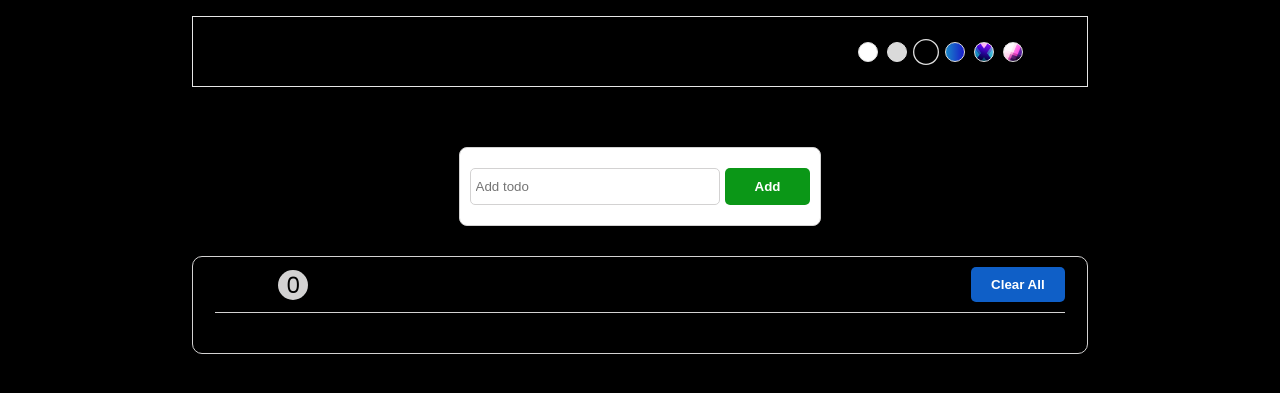
Repository: michalmilek/TodoApp
Page: /
An editor plug-in stored every save of this project. The page is shown before and after the next save, followed by the edit.
The browser window is 1280 px wide. The pictures show the whole page.
Some web fonts or font styles are not loaded; a fallback is used. The project was rebuilt for these pictures with package versions that can differ from the ones it lists, and the page was loaded fresh each time. Also part of the build but not shown: vite.config.js.

Above is the page before, as saved 2023-02-01 15:52:25.

### src/App.jsx
import { useEffect, useState } from "react";
import "./App.css";
import AddTodo from "./components/AddTodo";
import Header from "./components/Header";
import ShowTodo from "./components/ShowTodo";

function App() {
  const [todolist, setTodolist] = useState(
    JSON.parse(localStorage.getItem("todolist")) || []
  );
  const [todo, setTodo] = useState({});

  useEffect(() => {
    localStorage.setItem("todolist", JSON.stringify(todolist));
  }, [todolist]);

  return (
    <div className="App">
      <Header />
      <AddTodo
        todolist={todolist}
        setTodolist={setTodolist}
        todo={todo}
        setTodo={setTodo}
      />
      <ShowTodo
        todolist={todolist}
        setTodolist={setTodolist}
        todo={todo}
        setTodo={setTodo}
      />
    </div>
  );
}

export default App;

### src/index.css
@import url(https://fonts.googleapis.com/css?family=Poppins:100,100italic,200,200italic,300,300italic,regular,italic,500,500italic,600,600italic,700,700italic,800,800italic,900,900italic);
@import url(https://fonts.googleapis.com/css?family=Texturina:100,200,300,regular,500,600,700,800,900,100italic,200italic,300italic,italic,500italic,600italic,700italic,800italic,900italic);

*{
  box-sizing: border-box;
  margin: 0;
  padding: 0;
}

body{
  display: flex;
  flex-direction: column;
  align-items: center;
  justify-content: center;
  font-family: 'Poppins', sans-serif;
}

### src/App.css
header{
  display: flex;
  justify-content: space-between;
  align-items: center;
  width: 70vw;
  margin-top: 1rem;
  padding: 1rem 4rem;
  border: 1px solid rgb(230, 230, 230);
}

  .logo{
    font-family: 'Texturina', sans-serif;
  }

  .themeSelector{
    display: flex;
    gap: 4px;
  }

  header .themeSelector span{
  height: 20px;
  width: 20px;
  border-radius: 50%;
  display: inline-block;
  margin-left: 5px;
  cursor: pointer;
  border: 1px solid #dfdfdf;
  transition: all 0.3s ease;
}

  .light{
  background-color: rgb(255, 255, 255);
  }

  .medium{
  background-color: rgb(218, 218, 218);
  }

  .dark{
  background-color: rgb(0, 0, 0);
  }

  .g1{
  background: linear-gradient(90deg, #1888c9, #181bc9);;
  }

  .g2{
    background: linear-gradient(235deg, #FFFFFF 0%, #000F25 100%), linear-gradient(180deg, #6100FF 0%, #000000 100%), linear-gradient(235deg, #FFA3AC 0%, #FFA3AC 40%, #00043C calc(40% + 1px), #00043C 60%, #005D6C calc(60% + 1px), #005D6C 70%, #00C9B1 calc(70% + 1px), #00C9B1 100%), linear-gradient(125deg, #FFA3AC 0%, #FFA3AC 40%, #00043C calc(40% + 1px), #00043C 60%, #005D6C calc(60% + 1px), #005D6C 70%, #00C9B1 calc(70% + 1px), #00C9B1 100%);
  background-blend-mode: soft-light, screen, darken, normal;
}

.g3{
  background: linear-gradient(125deg, #FFFFFF 0%, #000000 100%), linear-gradient(200deg, #FFD9E8 0%, #FFD9E8 50%, #DE95BA calc(50% + 1px), #DE95BA 60%, #7F4A88 calc(60% + 1px), #7F4A88 75%, #4A266A calc(75% + 1px), #4A266A 100%), linear-gradient(113deg, #FFD9E8 0%, #FFD9E8 40%, #DE95BA calc(40% + 1px), #DE95BA 50%, #7F4A88 calc(50% + 1px), #7F4A88 70%, #4A266A calc(70% + 1px), #4A266A 100%);
  background-blend-mode: overlay, overlay, normal;

}

.active{
  transition: all 0.3s ease;
  scale: 1.3;
}


.addTodo {
  margin-top: 60px;
  display: flex;
  justify-content: center;
  align-items: center;
}

.addTodo form{
  padding: 20px 10px;
  background: rgb(255, 255, 255);
  border: 1px solid rgb(211, 210, 210);
  display: flex;
  gap: 5px;
  border-radius: 8px;
}

.addTodo form input{
  padding: 10px 5px;
  max-width: 350px;
  min-width: 250px;
  border: 1px solid rgb(211, 210, 210);
  outline: none;
  border-radius: 5px;
}

.addTodo form button{
  background: rgb(11, 151, 23);
  border: none;
  padding: 0 30px;
  border-radius: 5px;
  color: #fff;
  font-weight: bold;
  cursor: pointer;
}



.showTodo{
  margin-top: 30px;
  display: flex;
  flex-direction: column;
  justify-content: center;
  align-items: center;
  border-radius: 10px;
  border: 1px solid rgb(211, 210, 210);
}

.head{
  display: flex;
  width: 95%;
  padding: 10px 0px;
  justify-content: space-between;
  border-bottom: 1px solid rgb(211, 210, 210);
}

.head_Todo{
  display: flex;
  gap: 6px;
  justify-content: center;
  align-items: center;
}


.title{
  font-weight: bold;
  font-size: 1.4rem;
}

.count{
  display: flex;
  justify-content: center;
  align-items: center;
  border-radius: 50%;
  height: 30px;
  width: 30px;
  font-size: 1.4rem;
  background: rgb(211, 210, 210);
}

.clearAll{
    background: rgb(15, 95, 199);
  border: none;
  padding: 10px 20px;
  border-radius: 5px;
  color: #fff;
  font-weight: bold;
  cursor: pointer;
}

ul{
  padding: 20px 0;
  display: flex;
  width: 90%;
  list-style-type: none;
  justify-items: start;
  gap: 20px;
}

ul li{
  display: flex;
  gap: 35px;
  padding: 10px 10px;
  border-radius: 4px;
  border: 1px solid rgb(211, 210, 210);
  border-left: 5px solid rgb(15, 95, 199);
}

ul li p{
  display: flex;
  gap: 10px;
  flex-direction: column;
}

ul li p .titleTodo{
  font-weight: bold;
  font-size: 1.3rem;

}

ul li p .timeTodo{
  font-style: italic;
  color: rgb(131, 131, 131);

}


.icons svg{
height: 24px;
width: 24px;
}

.icons .pen{
  color: rgb(0, 81, 255);
}

.icons .trash{
  color: red;
}

### src/components/AddTodo.jsx
import React from "react";

const AddTodo = ({ todolist, setTodolist, todo, setTodo }) => {
  const handleSubmit = (e) => {
    e.preventDefault();

    if (todo.id) {
      const date = new Date();
      const updateTodolist = todolist.map((item) =>
        item.id === todo.id
          ? {
              id: todo.id,
              name: todo.name,
              time: `${date.toLocaleTimeString()} ${date.toLocaleDateString()}`,
            }
          : item
      );
      setTodolist(updateTodolist);
      setTodo({});
    } else {
      console.log(e.target.todo.value);
      const date = new Date();
      const newTask = {
        id: Math.random(),
        name: e.target.todo.value,
        time: `${date.toLocaleTimeString()} ${date.toLocaleDateString()}`,
      };
      setTodolist([...todolist, newTask]);
      e.target.todo.value = "";
    }
  };
  return (
    <section className="addTodo">
      <form onSubmit={handleSubmit}>
        <input
          type="text"
          name="todo"
          value={todo.name || ""}
          onChange={(e) => setTodo({ ...todo, name: e.target.value })}
          autoComplete="off"
          placeholder="Add todo"
          maxLength="25"
        />
        <button type="submit">{todo.id ? "Update" : "Add"}</button>
      </form>
    </section>
  );
};

export default AddTodo;

### src/components/Header.jsx
import React, { useEffect, useState } from "react";

const Header = () => {
  const [theme, setTheme] = useState("dark");

  useEffect(() => {
    document.documentElement.classList.remove(theme);
    document.documentElement.classList.add(theme);
  }, [theme]);

  return (
    <header>
      <div className="logo">
        <h1>TODO APP</h1>
      </div>
      <div className="themeSelector">
        <span
          onClick={() => setTheme("light")}
          className={theme === "light" ? "light active" : "light"}></span>
        <span
          onClick={() => setTheme("medium")}
          className={theme === "medium" ? "medium active" : "medium"}></span>
        <span
          onClick={() => setTheme("dark")}
          className={theme === "dark" ? "dark active" : "dark"}></span>
        <span
          onClick={() => setTheme("g1")}
          className={theme === "g1" ? "g1 active" : "g1"}></span>
        <span
          onClick={() => setTheme("g2")}
          className={theme === "g2" ? "g2 active" : "g2"}></span>
        <span
          onClick={() => setTheme("g3")}
          className={theme === "g3" ? "g3 active" : "g3"}></span>
      </div>
    </header>
  );
};

export default Header;

### src/components/ShowTodo.jsx
import React from "react";
import { Icon } from "@iconify/react";

const ShowTodo = ({ todolist, setTodolist, todo, setTodo }) => {
  const handleEdit = (id) => {
    const selectedTodo = todolist.find((item) => item.id === id);
    console.log(selectedTodo);
    setTodo(selectedTodo);
  };

  const handleDelete = (id) => {
    const updatedTodoList = todolist.filter((item) => item.id !== id);
    setTodolist(updatedTodoList);
  };
  return (
    <div className="showTodo">
      <div className="head">
        <div className="head_Todo">
          <span className="title">Todo</span>
          <span className="count">{todolist.length}</span>
        </div>
        <button
          onClick={() => setTodolist([])}
          className="clearAll">
          Clear All
        </button>
      </div>
      <ul>
        {todolist.map((todo, index) => (
          <li key={index}>
            <p>
              <span className="titleTodo">{todo.name}</span>
              <span className="timeTodo">{todo.time}</span>
            </p>
            <div className="icons">
              <Icon
                onClick={() => handleEdit(todo.id)}
                className="pen"
                icon="material-symbols:edit"
              />
              <Icon
                onClick={() => handleDelete(todo.id)}
                className="trash"
                icon="mdi:trash"
              />
            </div>
          </li>
        ))}
      </ul>
    </div>
  );
};

export default ShowTodo;

Loaded but not shown: index.html (common file); src/main.jsx (common file)

After the next save:
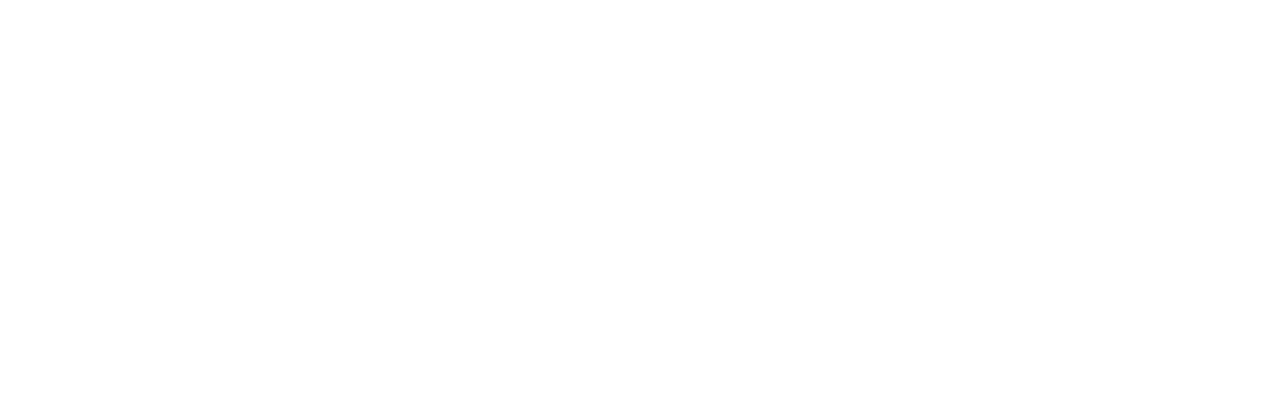
Console error: ReferenceError: theme is not defined
Saved 113 s later.
--- a/src/App.jsx
+++ b/src/App.jsx
@@ -15,7 +15,7 @@
   }, [todolist]);
 
   return (
-    <div className="App">
+    <div className={"App" + theme}>
       <Header />
       <AddTodo
         todolist={todolist}

After the save that followed:
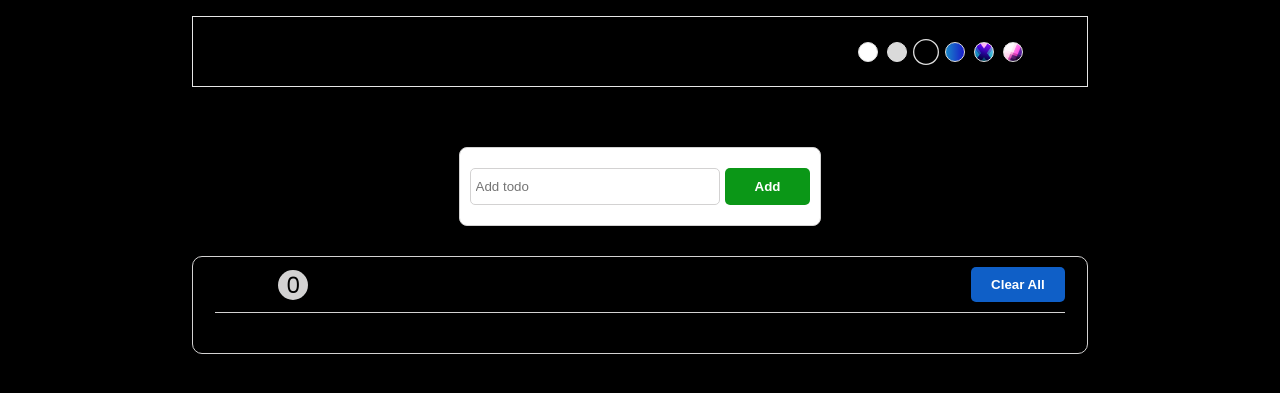
The error is gone.
Saved 76 s later.
--- a/src/App.jsx
+++ b/src/App.jsx
@@ -5,6 +5,7 @@
 import ShowTodo from "./components/ShowTodo";
 
 function App() {
+  const [theme, setTheme] = useState("dark");
   const [todolist, setTodolist] = useState(
     JSON.parse(localStorage.getItem("todolist")) || []
   );
@@ -16,7 +17,10 @@
 
   return (
     <div className={"App" + theme}>
-      <Header />
+      <Header
+        theme={theme}
+        setTheme={setTheme}
+      />
       <AddTodo
         todolist={todolist}
         setTodolist={setTodolist}
